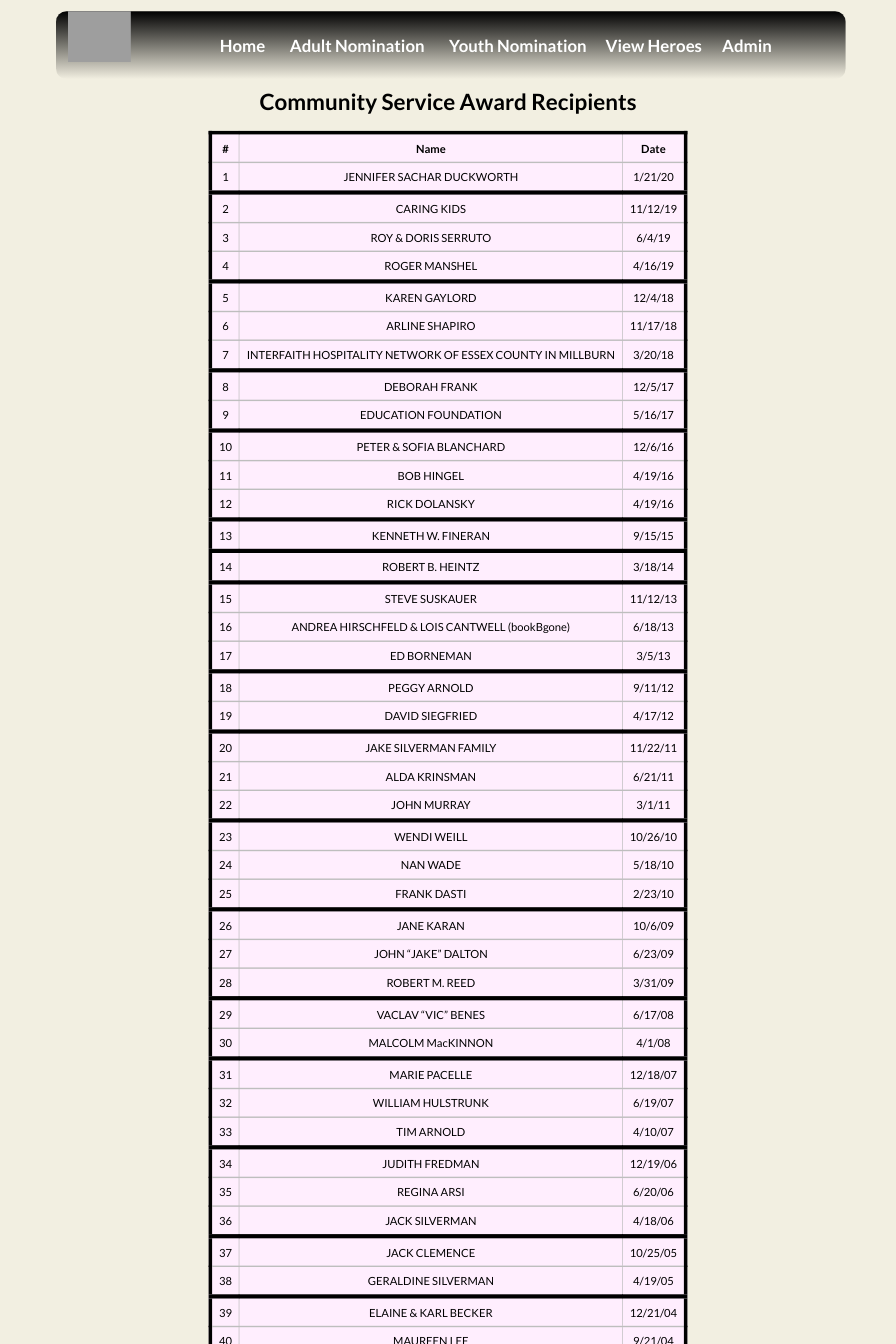
Repository: Centrattic/CSAC
Page: http://localhost/Frontend/before2020.php
The author's editor kept a copy of each file at every save. The page is drawn from the files as they stood at one save, then again after the next save.
The browser window is 1280 px wide. The pictures show the part of the page from y = 0 to 1920 px (the page is 3839 px tall), at 70% of full size.
Pictures or frames that could not be fetched are drawn as grey boxes. The page is run by PHP 8.4 with error messages shown; the project is at /var/www/html/.

Above is the page before, as saved 2020-12-23 11:03:40.

After the next save:
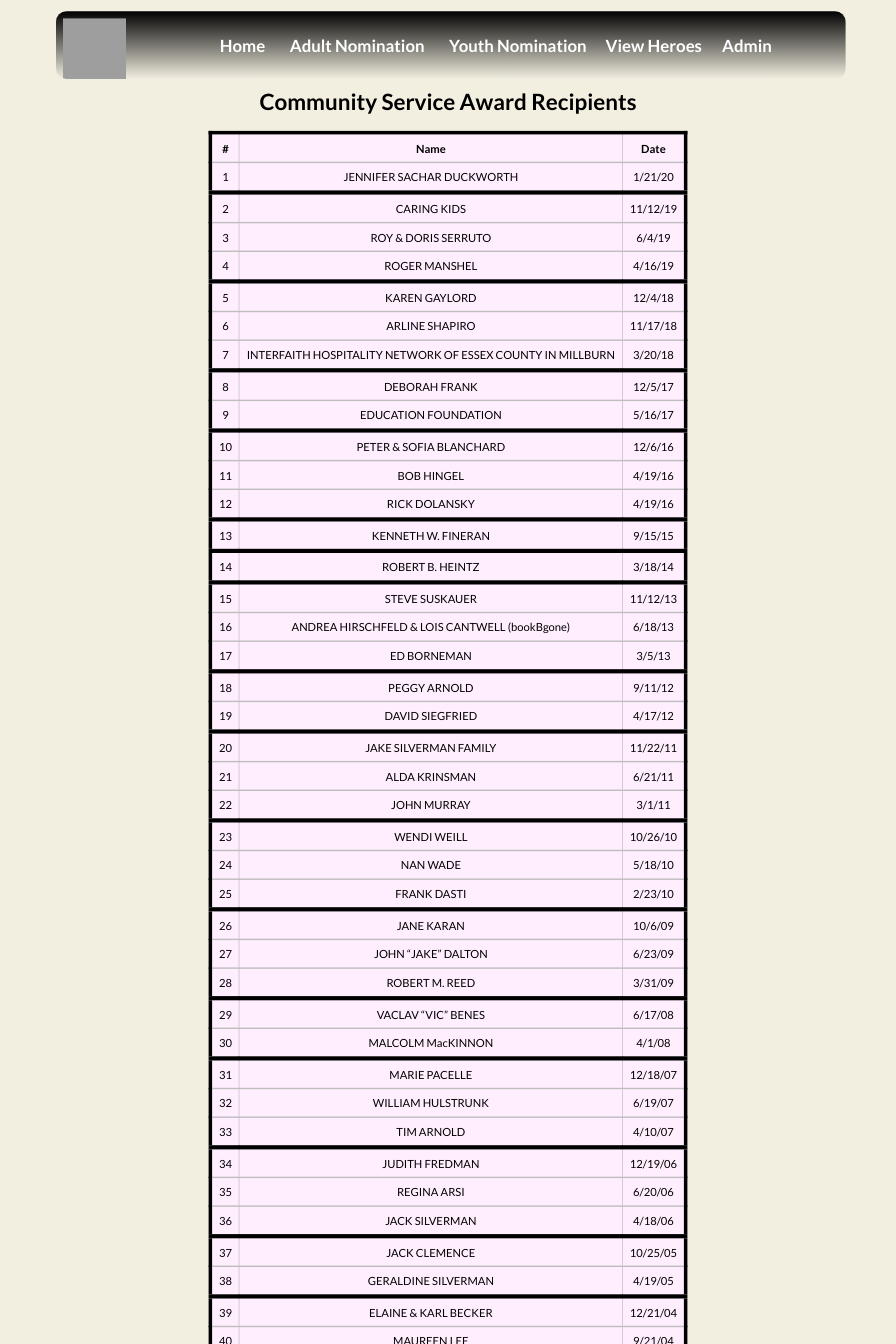
Saved 18 s later.
--- a/CSS/navbar.css
+++ b/CSS/navbar.css
@@ -12,10 +12,9 @@
 
 #logo {
     display: inline-flex;
-    align-items: end;
-    justify-content: center;
+
     width: 10%;
-    float: left;
+    float: left ;
     height: 10%;
  }
 

After the 2 saves that followed:
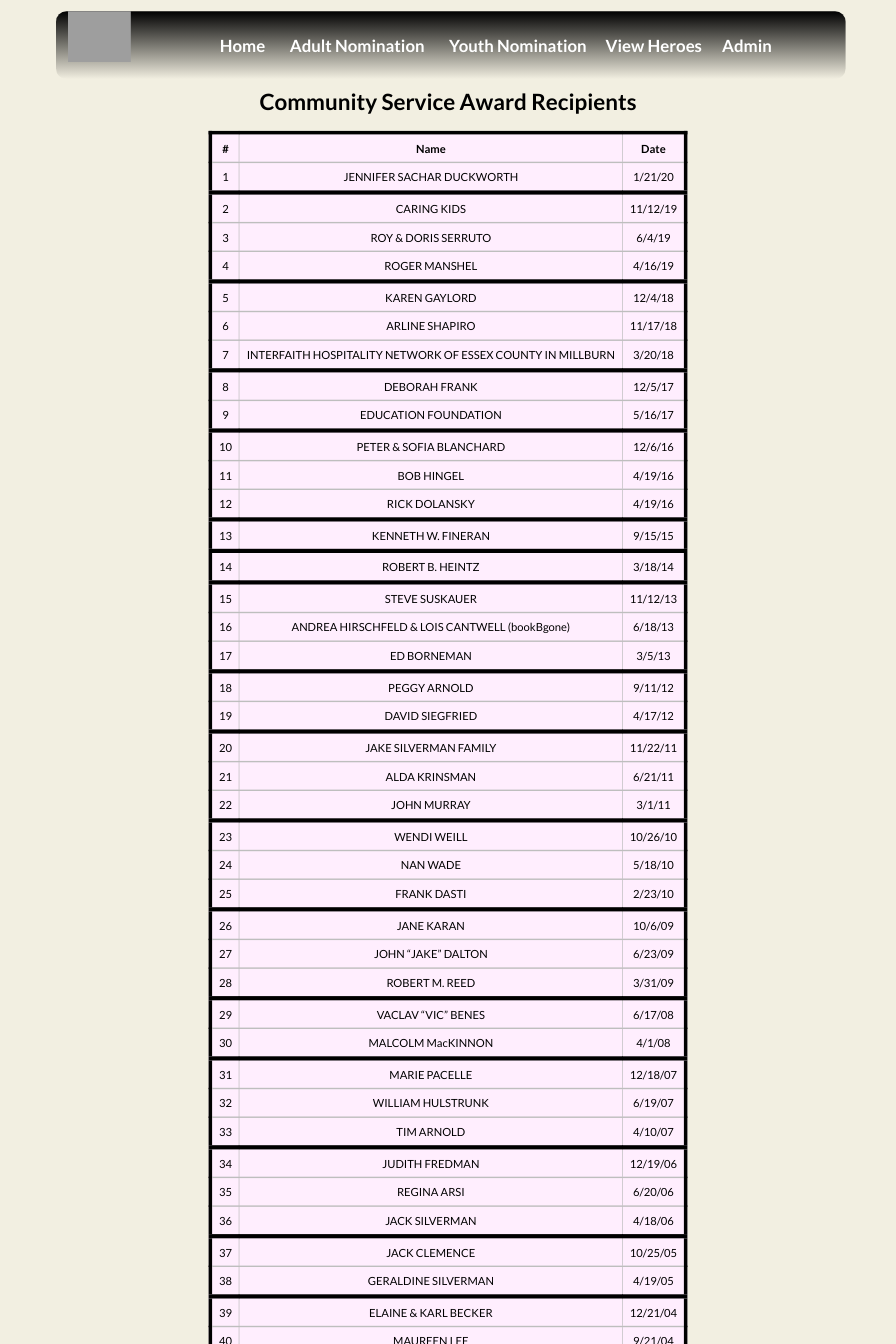
The 2 saves are shown as one change because 1 left the picture as it was.
The last was saved 52 s later.
--- a/CSS/navbar.css
+++ b/CSS/navbar.css
@@ -12,15 +12,16 @@
 
 #logo {
     display: inline-flex;
-
+    align-items: end;
+    justify-content: center;
     width: 10%;
-    float: left ;
+    float: left;
     height: 10%;
  }
 
 #logo img {
   width: 90px;
-  height: 90px;
+  height:125px;
 }
 
 
